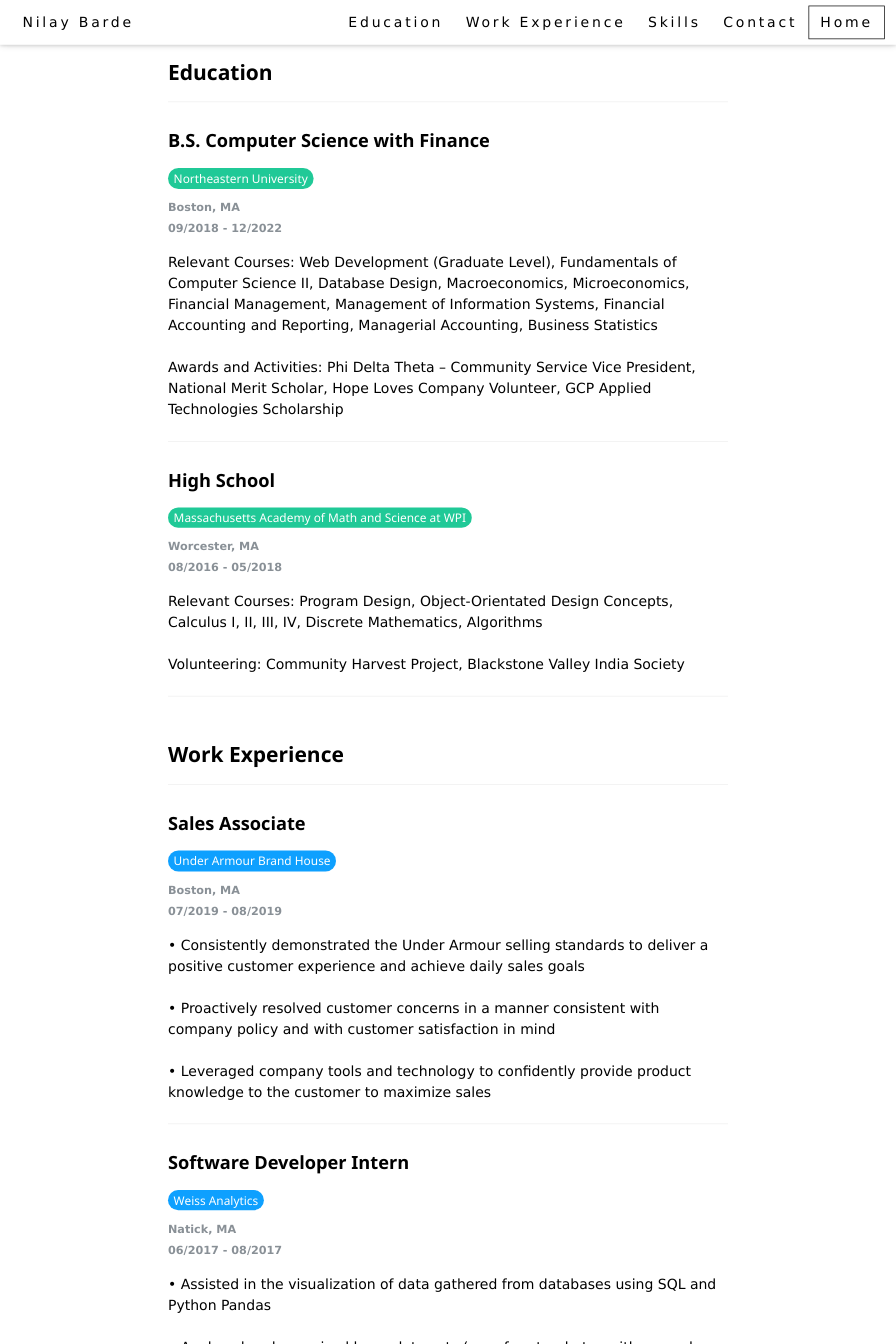
Repository: NilayBarde/Personal-Website
Page: cv.html
An editor plug-in stored every save of this project. The page is shown before and after the next save, followed by the edit.
The browser window is 1280 px wide. The pictures show the part of the page from y = 0 to 1920 px (the page is 2934 px tall), at 70% of full size.
Some web libraries are served in a nearby version.

Above is the page before, as saved 2019-09-26 14:02:39.

### cv.html
<!DOCTYPE html>
<html>

<head>
    <meta charset="utf-8">
    <meta name="viewport" content="width=device-width, initial-scale=1">
    <title>Nilay Barde | Software Developer</title>
    <link rel="stylesheet" type="text/css" href="assets/css/style.css">
    <script src="https://kit.fontawesome.com/a695053543.js"></script>
    <link rel="stylesheet" href="style2.css">
</head>

<body>
    <!-- Top Navigation Menu -->
    <div class="hide-medium hide-large">
        <div class="topnav" id="topnav">
            <a href="index2.html" class="active">Nilay Barde</a>
            <div id="myLinks">
                <a href="#education">Education</a>
                <a href="#work-experience">Work Experience</a>
                <a href="#skills">Skills</a>
                <a href="mailto: nilaybarde@gmail.com">Contact</a>
                <a href="index2.html">Home</a>
            </div>
            <a href="javascript:void(0);" class="icon" onclick="myFunction()">
                <i class="fa fa-bars"></i>
            </a>
        </div>
    </div>



    <!-- Navbar -->
    <div class="navbar">
        <div class="bar white wide padding card hide-small">
            <a href="index2.html#home" class="nav-bar-item nav-bar-button">Nilay Barde</a>
            <div class="nav-bar-right hide-small">
                <a href="#education" class="nav-bar-item nav-bar-button">Education</a>
                <a href="#work-experience" class="nav-bar-item nav-bar-button">Work Experience</a>
                <a href="#skills" class="nav-bar-item nav-bar-button">Skills</a>
                <a href="mailto: nilaybarde@gmail.com" class="nav-bar-item nav-bar-button">Contact</a>
                <a href="index2.html#home" id="resume" class="nav-bar-item nav-bar-button">Home</a>
            </div>
        </div>
    </div>

    <section class="cv-block info">
        <div class="container">
            <div class="education group" id="education">
                <h2 class="text-center">Education</h2>
                <div class="item">
                    <div class="row">
                        <div class="col-md-6">
                            <h3>B.S. Computer Science with Finance</h3>
                            <h4 class="organization">Northeastern University</h4>
                        </div>
                        <div class="col-md-6">
                            <time class="period">Boston, MA<br>09/2018 - 12/2022</time>
                        </div>
                    </div>
                    <p class="text-muted">Relevant Courses: Web Development (Graduate Level), Fundamentals of Computer Science II, Database Design, Macroeconomics, Microeconomics, Financial Management, Management of Information Systems, Financial Accounting and Reporting,
                        Managerial Accounting, Business Statistics
                        <br><br> Awards and Activities: Phi Delta Theta – Community Service Vice President, National Merit Scholar, Hope Loves Company Volunteer, GCP Applied Technologies Scholarship
                    </p>
                </div>
                <div class="item">
                    <div class="row">
                        <div class="col-md-6">
                            <h3>High School</h3>
                            <h4 class="organization">Massachusetts Academy of Math and Science at WPI</h4>
                        </div>
                        <div class="col-md-6">
                            <time class="period">Worcester, MA<br>08/2016 - 05/2018</time>
                        </div>
                    </div>
                    <p class="text-muted">Relevant Courses: Program Design, Object-Orientated Design Concepts, Calculus I, II, III, IV, Discrete Mathematics, Algorithms
                        <br><br> Volunteering: Community Harvest Project, Blackstone Valley India Society
                    </p>
                </div>
            </div>
            <div class="work-experience group" id="work-experience">
                <h2 class="text-center">Work Experience</h2>
                <div class="item">
                    <div class="row">
                        <div class="col-md-6">
                            <h3>Sales Associate</h3>
                            <h4 class="organization">Under Armour Brand House</h4>
                        </div>
                        <div class="col-md-6">
                            <time class="period">Boston, MA<br>07/2019 - 08/2019</time>
                        </div>
                    </div>
                    <p class="text-muted">• Consistently demonstrated the Under Armour selling standards to deliver a positive customer experience and achieve daily sales goals
                        <br><br>• Proactively resolved customer concerns in a manner consistent with company policy and with customer satisfaction in mind
                        <br><br>• Leveraged company tools and technology to confidently provide product knowledge to the customer to maximize sales
                    </p>
                </div>
                <div class="item">
                    <div class="row">
                        <div class="col-md-6">
                            <h3>Software Developer Intern</h3>
                            <h4 class="organization">Weiss Analytics</h4>
                        </div>
                        <div class="col-md-6">
                            <time class="period">Natick, MA<br>06/2017 - 08/2017</time>
                        </div>
                    </div>
                    <p class="text-muted">• Assisted in the visualization of data gathered from databases using SQL and Python Pandas
                        <br><br>• Analyzed and organized large data sets (over four terabytes with several hundred million records) from several cloud-based servers using MySQL and SQL Server
                        <br><br>• Learned SQL and Python while on the job and applied my learning immediately in my work
                        <br><br>• Created an automation program that was used to troubleshoot Weiss Analytics website, found over 250 zip code errors
                    </p>
                </div>
                <div class="group" id="skills">
                    <div class="row">
                        <div class="col-md-6">
                            <div class="skills info-card">
                                <h2>Skills</h2>
                                <h3>Proficient in: Java, SQL, HTML, CSS</h3>
                                <h3>Familiar with: Python, MATLAB, Lisp, Scheme: Racket</h3>
                                <h3>Frameworks/Technologies: Android Studio, MySQL, Visual Studio Code</h3>
                            </div>
                        </div>
                    </div>
                </div>
                <a href="Barde_Nilay_Resume.pdf" target=blank><button class="nav-bar-button black section"> Paper Copy <i
              class="far fa-file"></i>
          </button></a>


            </div>
    </section>
    <footer class="footer-distributed">

        <div class="footer-right">

            <a href="https://www.linkedin.com/in/nilaykbarde/" target=blank><i class="fab fa-linkedin"></i></a>
            <a href="https://github.com/NilayBarde" target=blank><i class="fab fa-github"></i></a>

        </div>

        <div class="footer-left">

            <p class="footer-links">
                <a href="index2.html#home" id=homefooter>Home</a> ·
                <a href="#education" id=educationfooter>Education</a> ·
                <a href="#work-experience" id=workexperiencefooter>Work Experience</a> ·
                <a href="#skills" id=skillsfooter>Skills</a> ·
                <a href="mailto: nilaybarde@gmail.com" id=contactfooter>Contact</a> ·
                <a href="cv.html" target=blank id=resumefooter>Resume</a>
            </p>

            <p>Nilay Barde &copy; 2019</p>
        </div>

    </footer>

    </main>
</body>
<script src="https://code.jquery.com/jquery-3.2.1.min.js"></script>
<script src="assets/js/script.js"></script>

</html>

### assets/css/style.css
@import url("https://fonts.googleapis.com/css?family=Lato:300,400");
body {
    font-family: 'Lato', sans-serif;
}

.cv-block {
    padding-bottom: 60px;
    padding-top: 60px;
}

.cv-block.info {
    padding-top: 70px;
}

.cv-block.info h2 {
    font-weight: bold;
    margin-bottom: 20px;
}

.cv-block.info h3 {
    font-size: 1.3rem;
}

.cv-block.info .group {
    max-width: 800px;
    margin: auto;
}

.cv-block.info .group:not(:first-child) {
    margin-top: 60px;
}

.cv-block.info .group .period {
    font-size: 0.8rem;
    float: none;
    font-weight: bold;
    margin-top: 4px;
    color: #6c757d;
    opacity: 0.8;
}

.cv-block.info .group .organization {
    font-size: 0.85em;
    background-color: #0ea0ff;
    display: inline-block;
    color: #fff;
    padding: 2px 8px;
    border-radius: 2em;
}

.cv-block.info .education.group .organization {
    background-color: #20c997;
}

.cv-block.info .group .item {
    padding-bottom: 10px;
    margin-bottom: 25px;
    border-bottom: 1px solid #eee;
}

.cv-block.info .group h2+.item {
    padding-top: 25px;
    border-top: 1px solid #eee;
}

.cv-block.info .group .item .row {
    margin-bottom: 5px;
}

.cv-block.info .work-experience h3,
.cv-block.info .education h3 {
    font-weight: bold;
}

.cv-block .info-card {
    padding: 40px;
    box-shadow: 0px 2px 10px rgba(0, 0, 0, 0.075);
    height: 100%;
}

.cv-block .info-card h2 {
    margin-top: 0;
    margin-bottom: 24px;
    font-size: 1.4rem;
}

.cv-block .info-card.skills h3 {
    margin-top: 25px;
    font-size: 1rem;
    font-weight: bold;
}

.cv-block .info-card.skills .progress {
    height: 3px;
}

.cv-block .info-card.contact-info .icon {
    font-size: 1.3em;
    color: #c9c9c9;
    position: relative;
    bottom: 4px;
}

.cv-block.info .hobbies p {
    max-width: 700px;
    margin: auto;
    font-size: 1.2em;
}

.page-footer {
    padding-top: 32px;
    border-top: 1px solid #ddd;
    text-align: center;
    padding-bottom: 20px;
}

.page-footer a {
    display: inline-block;
    margin: 0px 10px;
    color: #282b2d;
    font-size: 18px;
}

.page-footer .links {
    display: inline-block;
}

#educationfooter:hover,
#workexperiencefooter:hover,
#skillsfooter:hover {
    color: #E31B6D;
}

.page-footer .social-icons {
    margin-top: 20px;
    margin-bottom: 16px;
}

.page-footer .social-icons a {
    font-size: 18px;
    margin: 0 3px;
    color: #ffffff;
    border: 1px solid;
    opacity: 0.75;
    border-radius: 50%;
    width: 36px;
    display: inline-block;
    height: 36px;
    text-align: center;
    background-color: #c5c9d2;
    line-height: 34px;
}

.page-footer .social-icons a:hover {
    opacity: 1;
}

Loaded but not shown: assets/js/script.js (48 lines, source omitted); style2.css (2101 lines, source omitted)

After the next save:
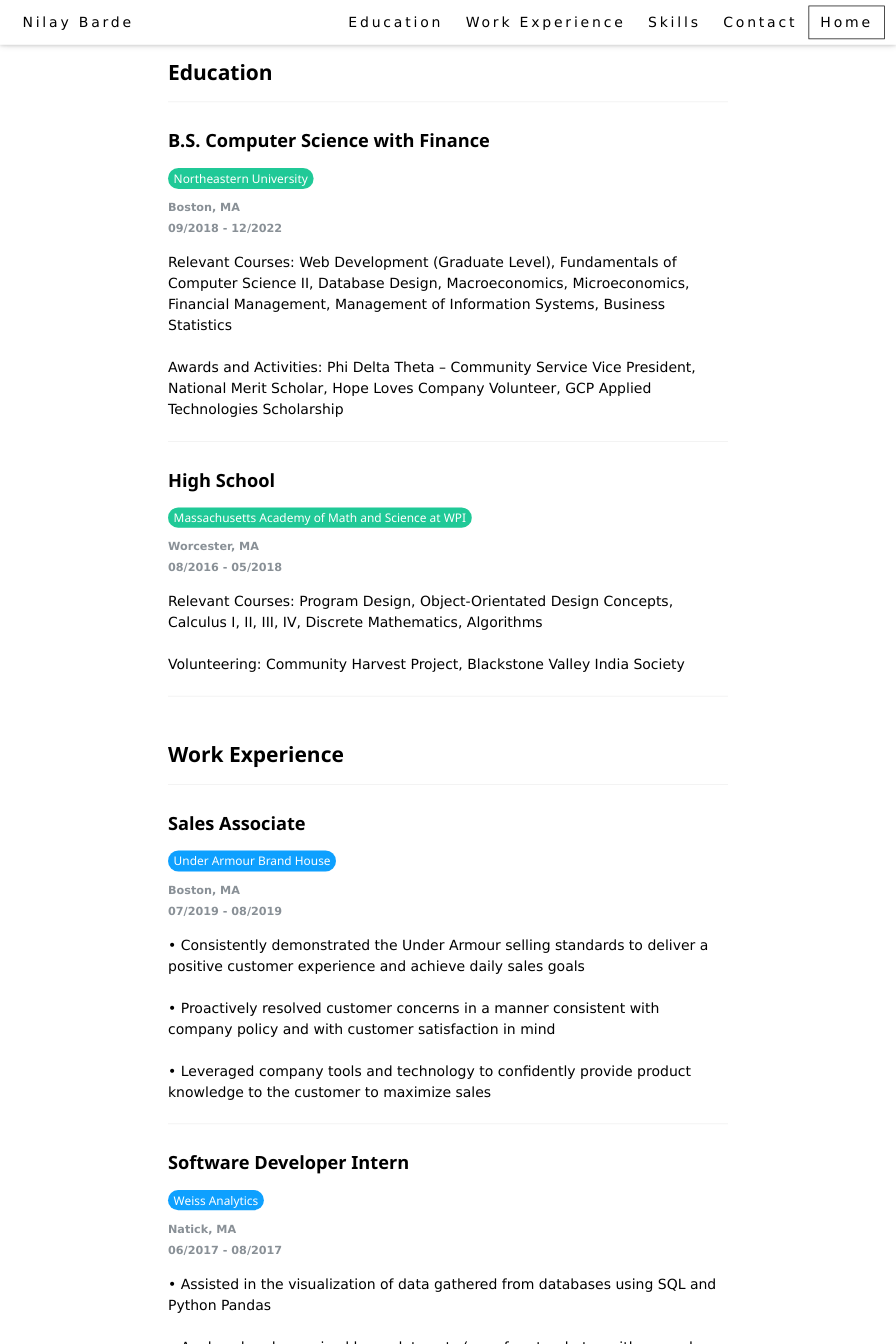
Saved 16 s later.
--- a/cv.html
+++ b/cv.html
@@ -58,8 +58,7 @@
                             <time class="period">Boston, MA<br>09/2018 - 12/2022</time>
                         </div>
                     </div>
-                    <p class="text-muted">Relevant Courses: Web Development (Graduate Level), Fundamentals of Computer Science II, Database Design, Macroeconomics, Microeconomics, Financial Management, Management of Information Systems, Financial Accounting and Reporting,
-                        Managerial Accounting, Business Statistics
+                    <p class="text-muted">Relevant Courses: Web Development (Graduate Level), Fundamentals of Computer Science II, Database Design, Macroeconomics, Microeconomics, Financial Management, Management of Information Systems, Business Statistics
                         <br><br> Awards and Activities: Phi Delta Theta – Community Service Vice President, National Merit Scholar, Hope Loves Company Volunteer, GCP Applied Technologies Scholarship
                     </p>
                 </div>
